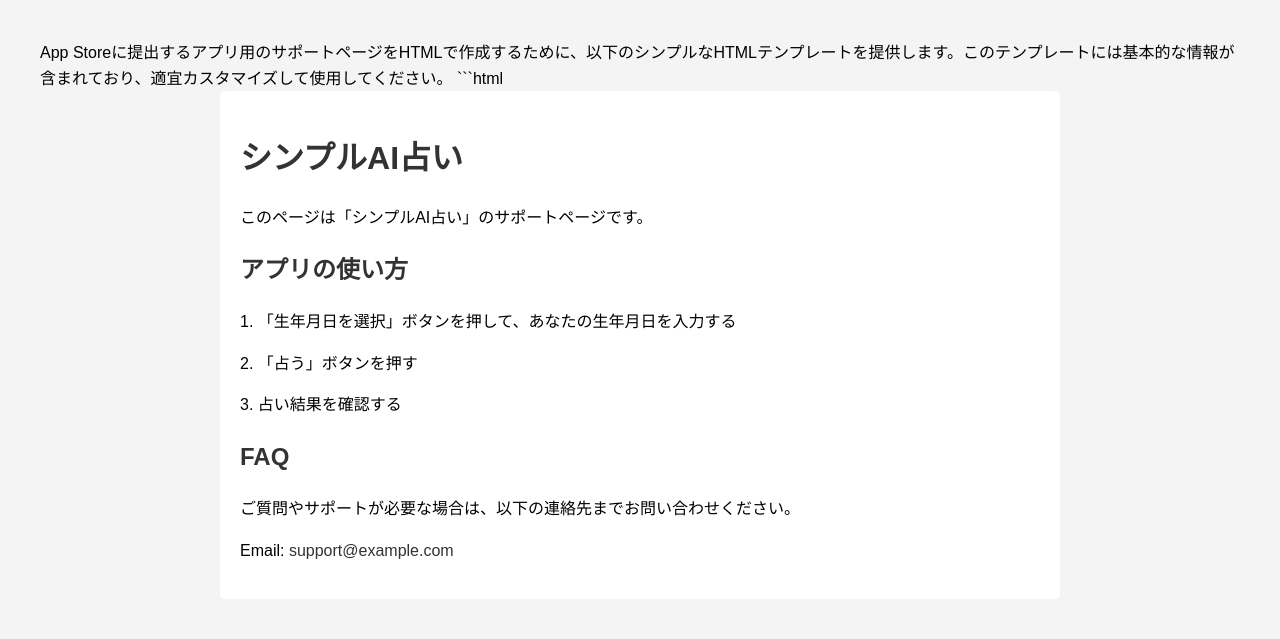
Repository: MasatoKawakami/publicpages
Page: aiuranai/support.html
These files come from the project's save history. The page is drawn as it stood at one moment and after the next save; the edit follows.
The browser window is 1280 px wide. The pictures show the whole page.

Above is the page before, as saved 2024-03-19 10:18:02.

### aiuranai/support.html
App Storeに提出するアプリ用のサポートページをHTMLで作成するために、以下のシンプルなHTMLテンプレートを提供します。このテンプレートには基本的な情報が含まれており、適宜カスタマイズして使用してください。

```html
<!DOCTYPE html>
<html lang="ja">

<head>
  <meta charset="UTF-8">
  <meta name="viewport" content="width=device-width, initial-scale=1.0">
  <title>アプリ名 - サポートページ</title>
  <style>
    body {
      font-family: Arial, sans-serif;
      line-height: 1.6;
      margin: 20px;
      padding: 20px;
      background-color: #f4f4f4;
    }

    h1,
    h2 {
      color: #333;
    }

    .container {
      max-width: 800px;
      margin: auto;
      background: #fff;
      padding: 20px;
      border-radius: 5px;
    }

    a {
      color: #333;
      text-decoration: none;
    }
  </style>
</head>

<body>
  <div class="container">
    <h1>シンプルAI占い</h1>
    <p>このページは「シンプルAI占い」のサポートページです。</p>

    <h2>アプリの使い方</h2>
    <p>1. 「生年月日を選択」ボタンを押して、あなたの生年月日を入力する</p>
    <p>2. 「占う」ボタンを押す</p>
    <p>3.  占い結果を確認する</p>

    <h2>FAQ</h2>
    <p>ご質問やサポートが必要な場合は、以下の連絡先までお問い合わせください。</p>
    <p>Email: <a href="mailto:support@example.com">support@example.com</a></p>
  </div>
</body>

</html>

After the next save:
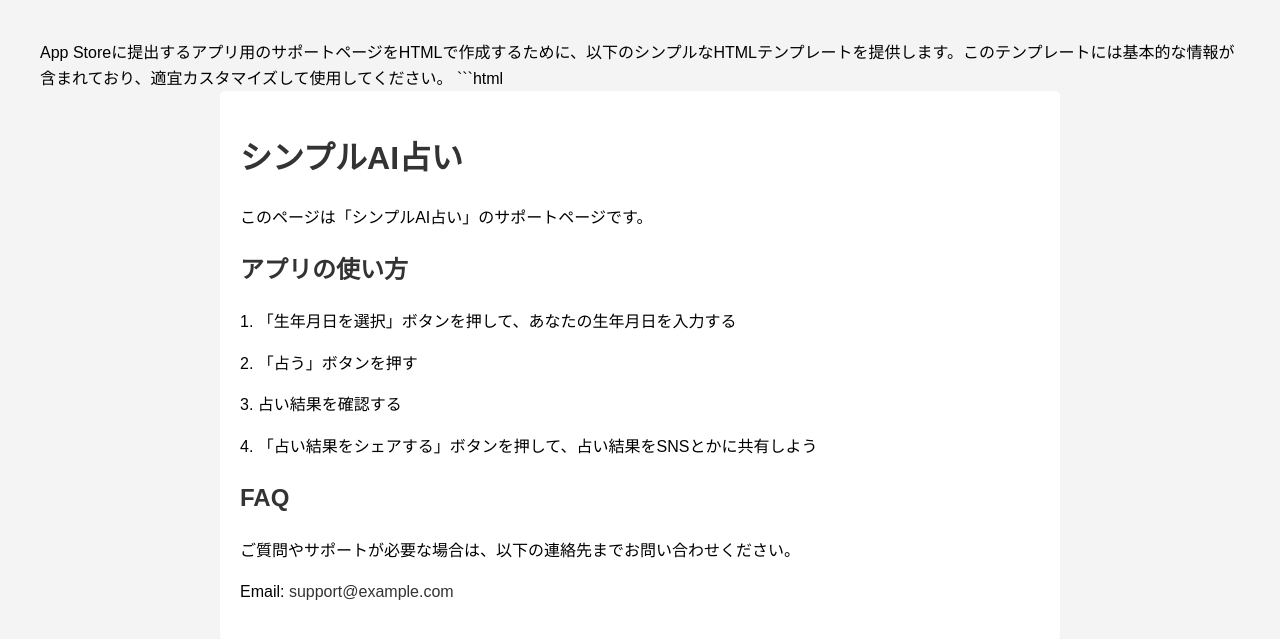
Saved 51 s later.
--- a/aiuranai/support.html
+++ b/aiuranai/support.html
@@ -46,6 +46,7 @@ App Storeに提出するアプリ用のサポートページをHTMLで作成す
     <p>1. 「生年月日を選択」ボタンを押して、あなたの生年月日を入力する</p>
     <p>2. 「占う」ボタンを押す</p>
     <p>3.  占い結果を確認する</p>
+    <p>4. 「占い結果をシェアする」ボタンを押して、占い結果をSNSとかに共有しよう</p>
 
     <h2>FAQ</h2>
     <p>ご質問やサポートが必要な場合は、以下の連絡先までお問い合わせください。</p>
